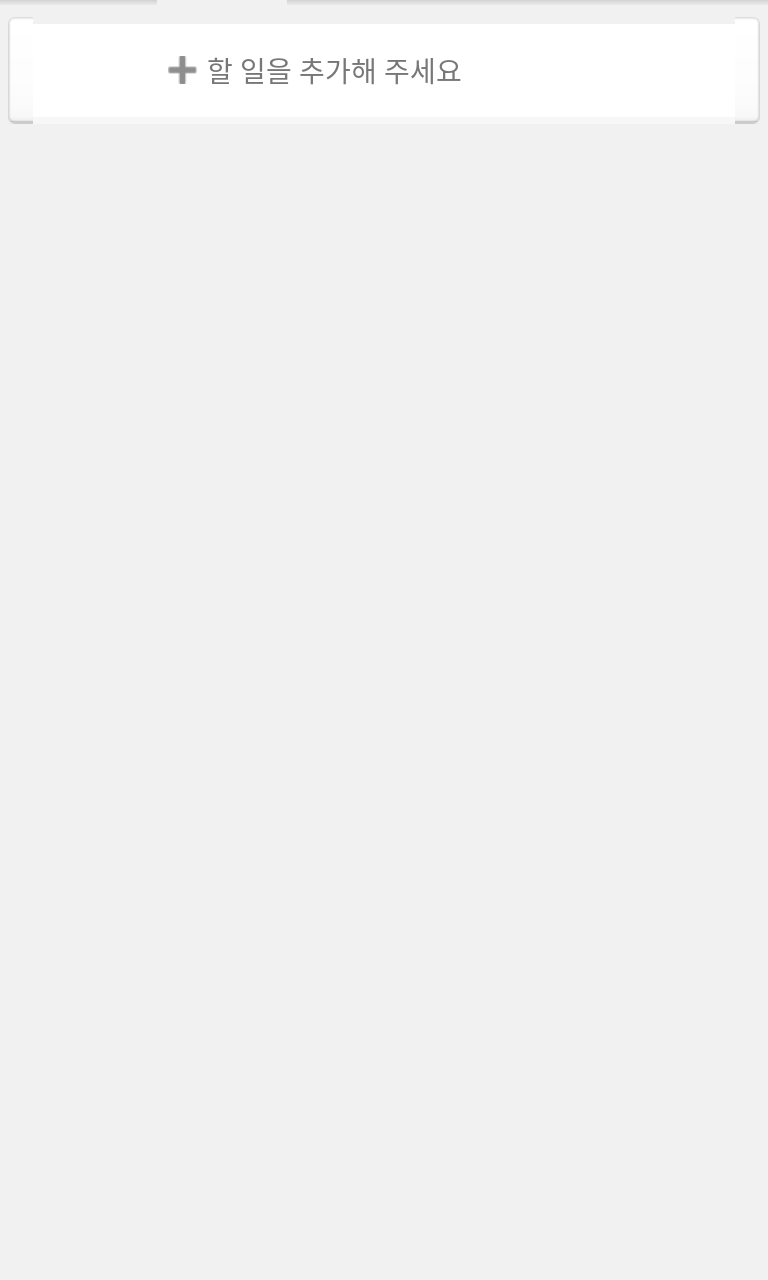
Repository: belhyun/witherest-android
Layout: Witherest/res/layout/fragment_mycheck.xml
These files come from the project's save history. The layout is drawn as it stood at one moment and after the next save; the edit follows.
It is drawn on a 768 x 1280 px phone screen (xhdpi) without system bars, with theme android:Theme.Holo; the app's code is not run. Lists and similar views that code fills are empty.

Above is the layout before, as saved 2013-07-06 10:49:22.

After the next save:
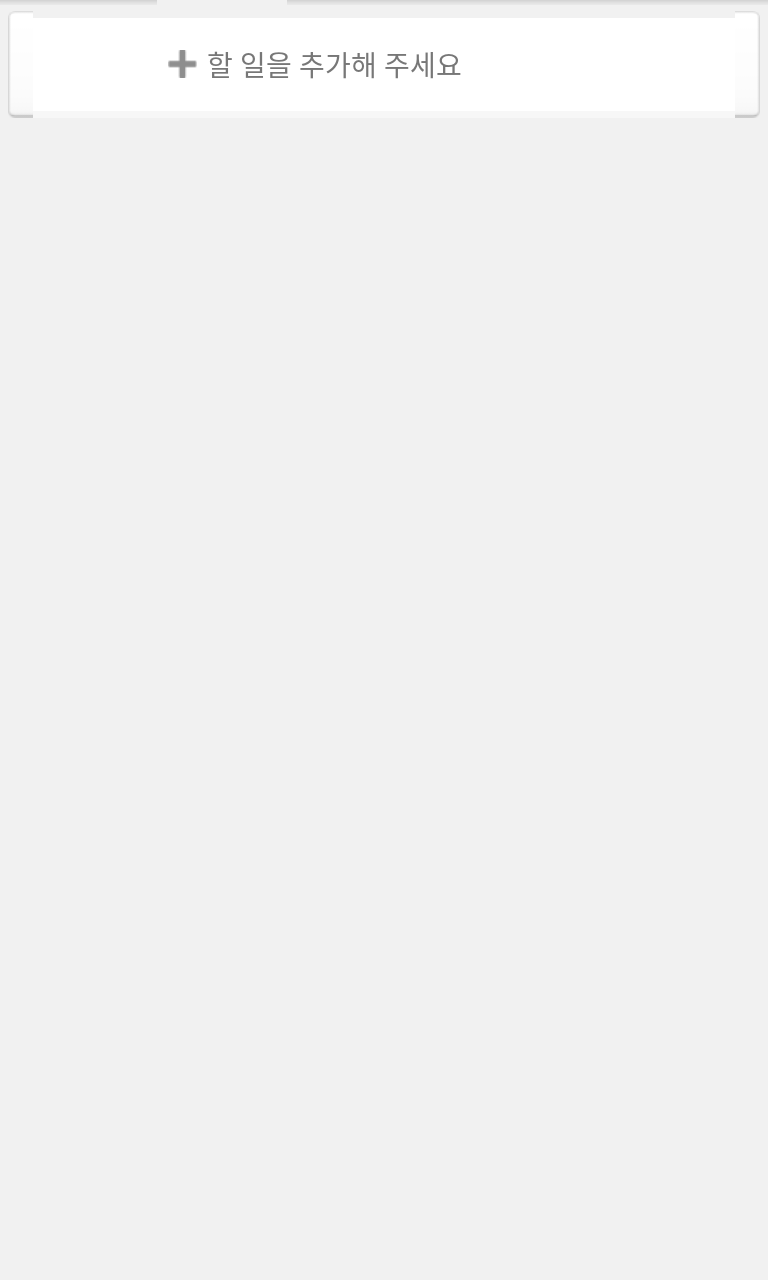
Saved 3 min 12 s later.
--- a/Witherest/res/layout/fragment_mycheck.xml
+++ b/Witherest/res/layout/fragment_mycheck.xml
@@ -141,7 +141,7 @@
         android:textSize="14sp"
         android:layout_marginLeft="4dp"
         android:layout_marginRight="4dp"
-        android:layout_marginTop="6dp"
+        android:layout_marginTop="3dp"
         android:layout_marginBottom="2dp"/>
 
     <ListView
